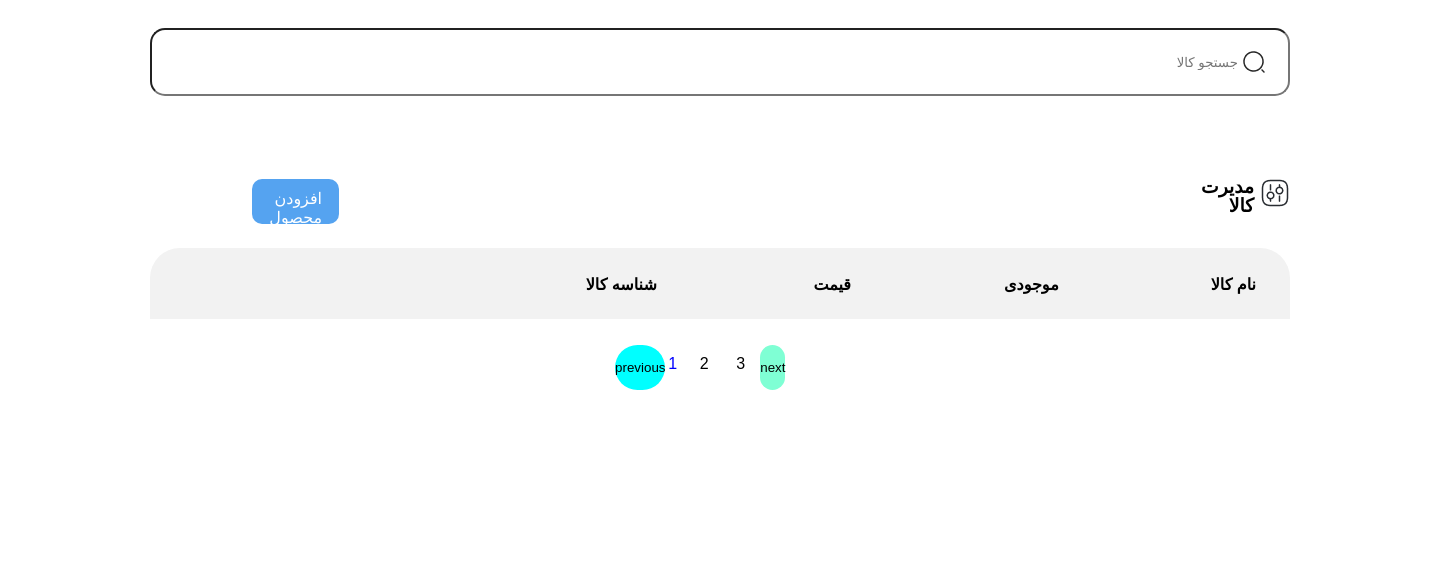
Repository: sobhan-rahimii/project-panel-admin-Next.Js
Page: /dashboard
An editor plug-in stored every save of this project. The page is shown before and after a run of saves, followed by the edit.
The browser window is 1280 px wide. The page is 1440 px wide, so the pictures cover 1440 px, including what lies to the right of the window. The pictures show the whole page.
The page's requests for data from a server got no answer. The project was rebuilt for these pictures with package versions that can differ from the ones it lists, and the page was loaded fresh each time. The framework's server and built-in components were replaced by stand-ins that run in the browser. No one was signed in, and anything a server would have sent is missing. Also part of the build but not shown: next.config.mjs, styles/AddProductModal.module.css, components/AddProductModal.js.

Above is the page before, as saved 2025-09-02 11:23:20.

After the next 5 saves:
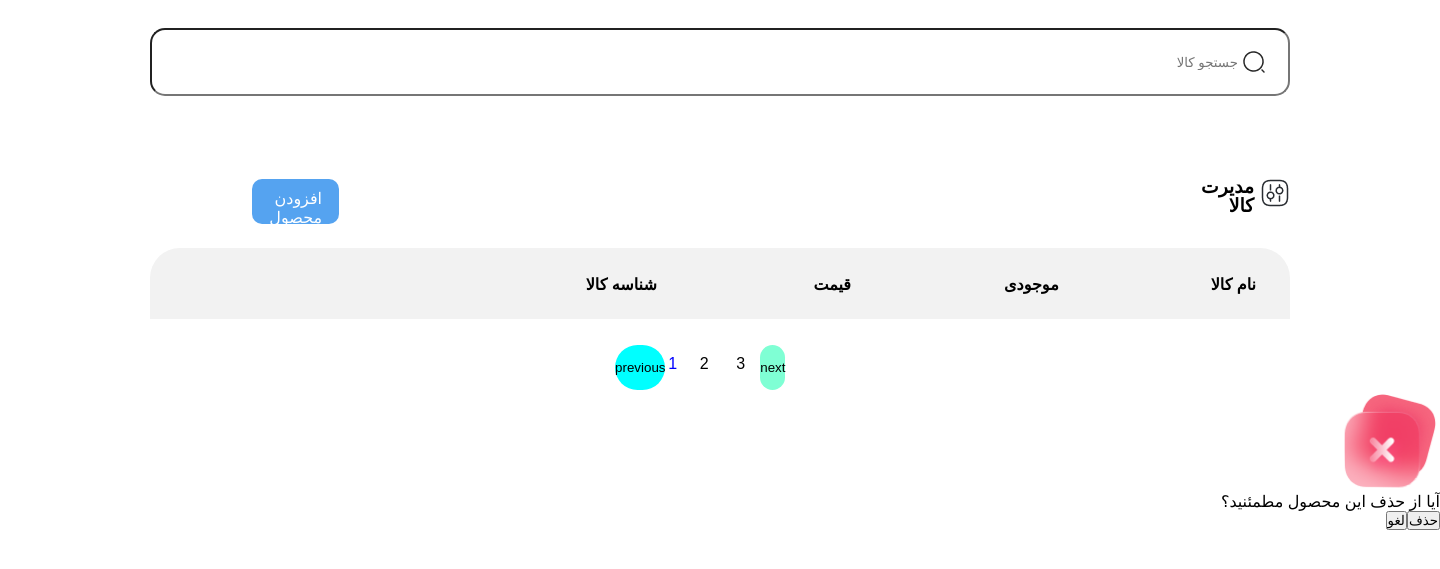
The 5 saves are shown as one change because 2 did not build or start and some came seconds apart.
The last was saved 50 s later.
--- a/pages/dashboard.js
+++ b/pages/dashboard.js
@@ -13,6 +13,7 @@ import Image from "next/image";
 import styles from "../styles/Dashboard.module.css";
 import AddProductModal from "@/components/AddProductModal";
 import Pageination from "@/components/Pageination";
+import DeleteProductModal from "@/components/DeleteProductModal";
 
 function Dashboard() {
   const [search, setSearch] = useState("");
@@ -122,6 +123,7 @@ function Dashboard() {
         />
       </div>
       <Pageination page={page} setPage={setPage} />
+      <DeleteProductModal  />
     </>
   );
 }
